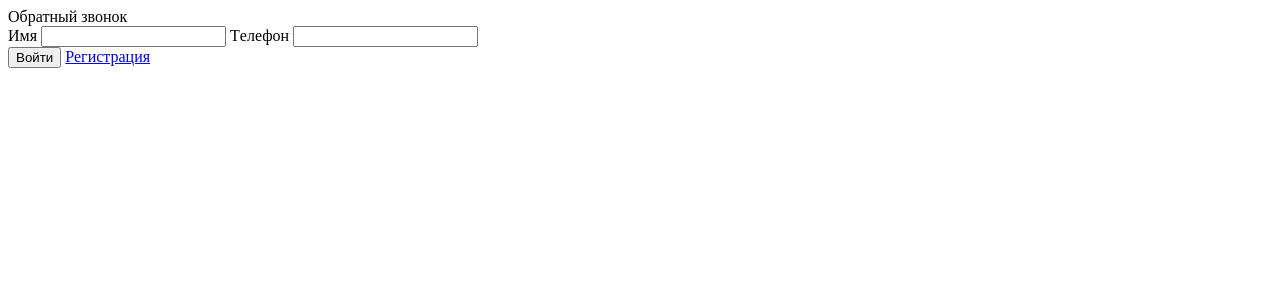
Repository: chekhunov/suntour
Page: app/html/components/_backcall.html
An editor plug-in stored every save of this project. The page is shown before and after the next save, followed by the edit.
The browser window is 1280 px wide. The pictures show the whole page.

Above is the page before, as saved 2021-03-15 16:06:16.

### app/html/components/_backcall.html
<div id="backcall" class="modal-box">

  <div class="backcall">

    <span class="modal-title">

      Обратный звонок

    </span>

    <form class="backcall__form" action="#">

      <label for="call-n" class="backcall__label">

        Имя

        <input id="call-n" class="backcall__input" type="name" name="name" required>

      </label>

      <label for="log-u" class="backcall__label">

        Tелефон

        <input id="log-u" class="backcall__input" type="phone" name="phone" required>

      </label>

      <div class="login__inner-btn">

        <button class="login__btn" type="submit">

          Войти

        </button>

        <a class="login__btn login__btn--create" href="registration.html">

          Регистрация

        </a>

      </div>

    </form>

  </div>

</div>

After the next save:
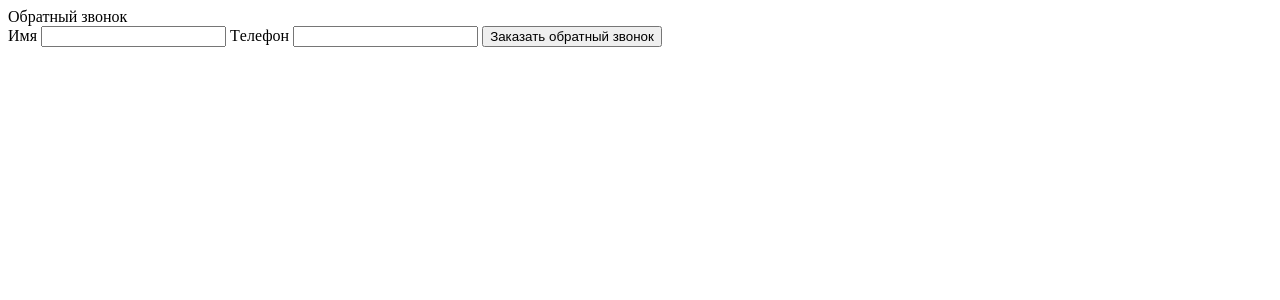
Saved 2 min 34 s later.
--- a/app/html/components/_backcall.html
+++ b/app/html/components/_backcall.html
@@ -26,21 +26,11 @@
 
       </label>
 
-      <div class="login__inner-btn">
+      <button class="backcall__btn" type="submit">
 
-        <button class="login__btn" type="submit">
+        Заказать обратный звонок
 
-          Войти
-
-        </button>
-
-        <a class="login__btn login__btn--create" href="registration.html">
-
-          Регистрация
-
-        </a>
-
-      </div>
+      </button>
 
     </form>
 
